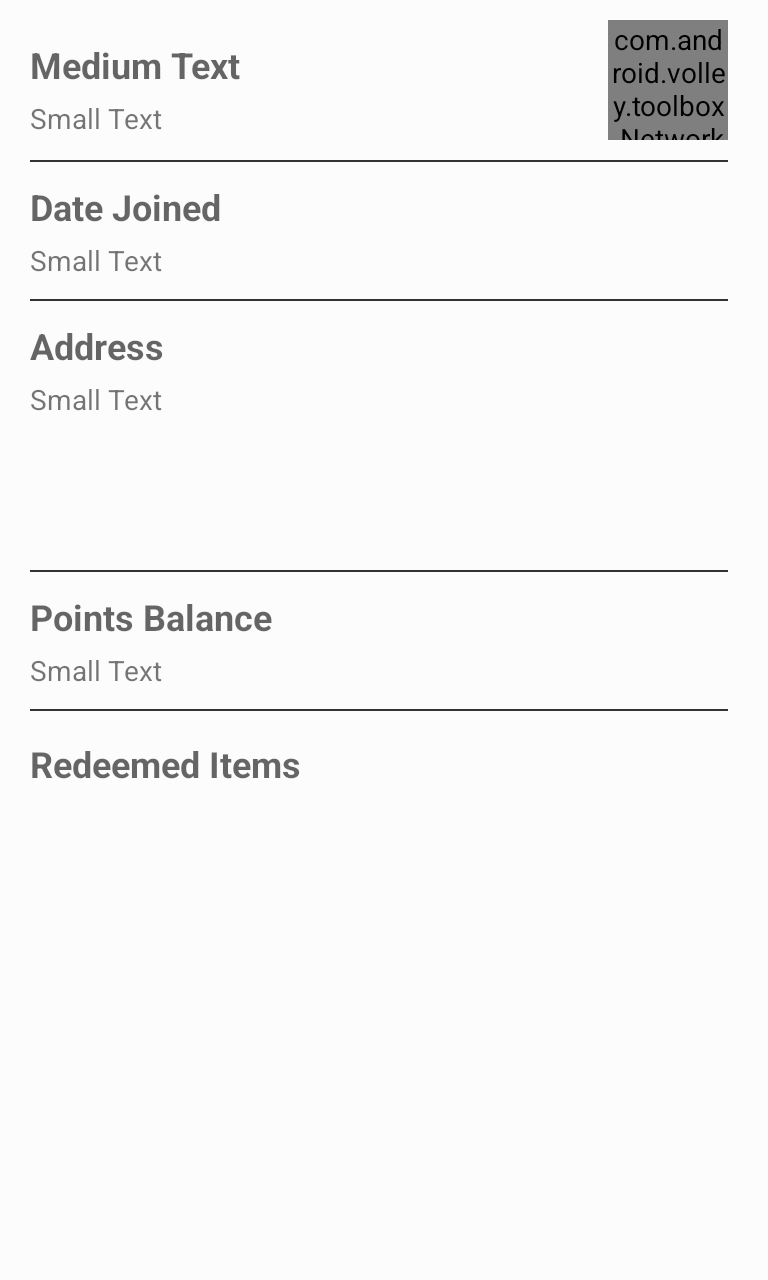
Repository: savindra/cutting-edge
Layout: Humzearch/res/layout/my_account.xml
The author's editor kept a copy of each file at every save. The layout is drawn from the files as they stood at one save, then again after the next save.
Pictures or frames that could not be fetched are drawn as grey boxes. It is drawn on a 768 x 1280 px phone screen (xhdpi) without system bars, with theme AppTheme; the app's code is not run. Lists and similar views that code fills are empty.

Above is the layout before, as saved 2015-06-19 18:43:49.

After the next save:
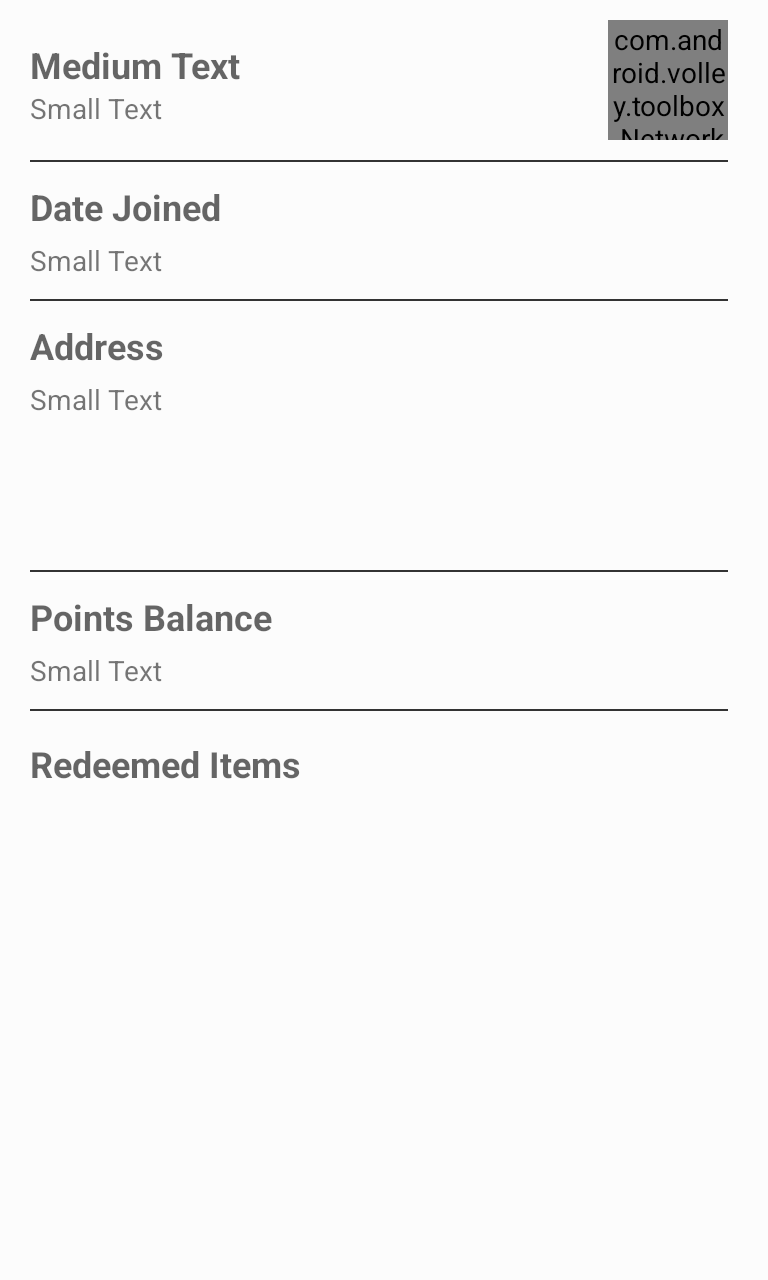
Saved 7 min 15 s later.
--- a/Humzearch/res/layout/my_account.xml
+++ b/Humzearch/res/layout/my_account.xml
@@ -24,7 +24,6 @@
         android:layout_height="wrap_content"
         android:layout_alignLeft="@+id/txtMyAccountName"
         android:layout_below="@+id/txtMyAccountName"
-        android:layout_marginTop="5dp"
         android:layout_toLeftOf="@+id/imgMyAccountUser"
         android:text="Small Text"
         android:textAppearance="?android:attr/textAppearanceSmall" />
